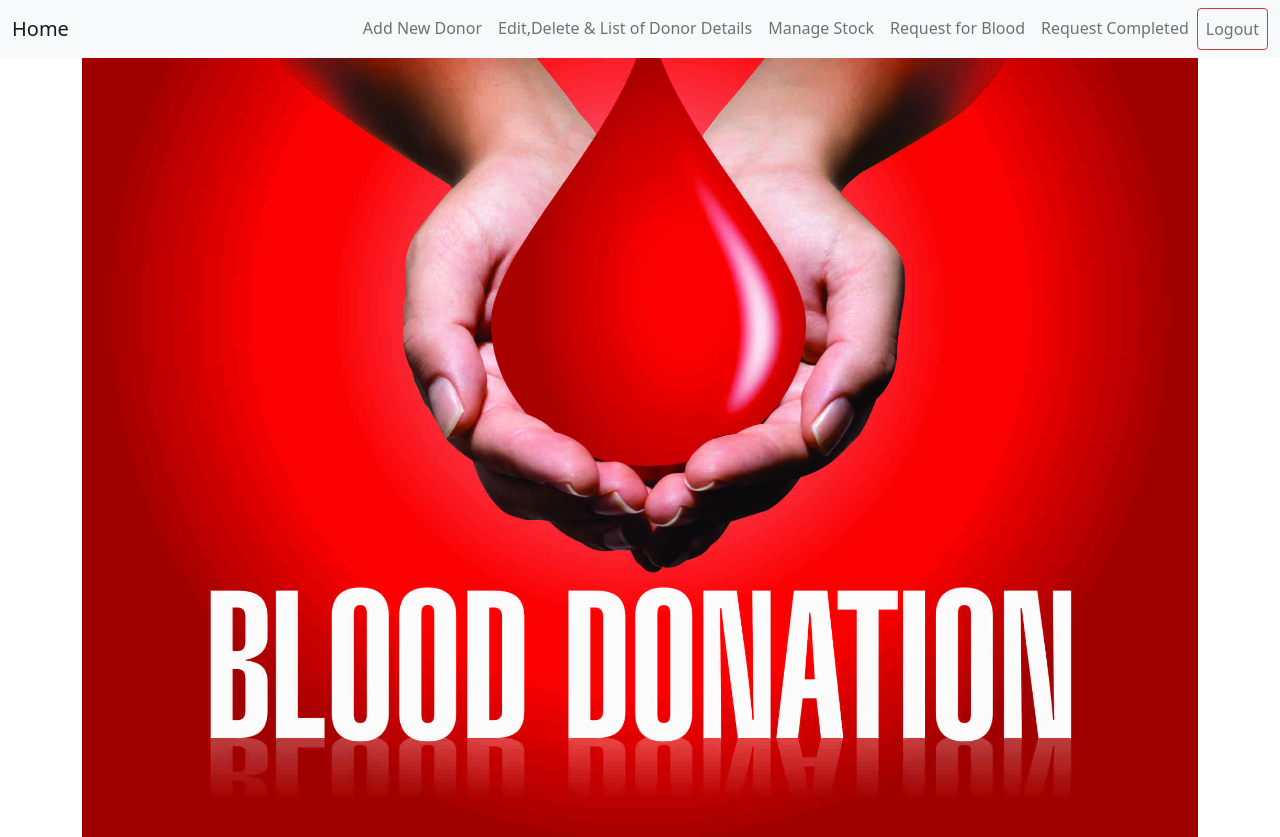
Repository: kshitizJ/Blood-Bank-Management-System-in-jsp
Page: http://localhost/Blood_Bank_Management_System/home.jsp
The author's editor kept a copy of each file at every save. The page is drawn from the files as they stood at one save, then again after the next save.
The browser window is 1280 px wide. The pictures show the whole page.
The page is served by Tomcat 9.

Above is the page before, as saved 2021-04-27 19:38:01.

After the next save:
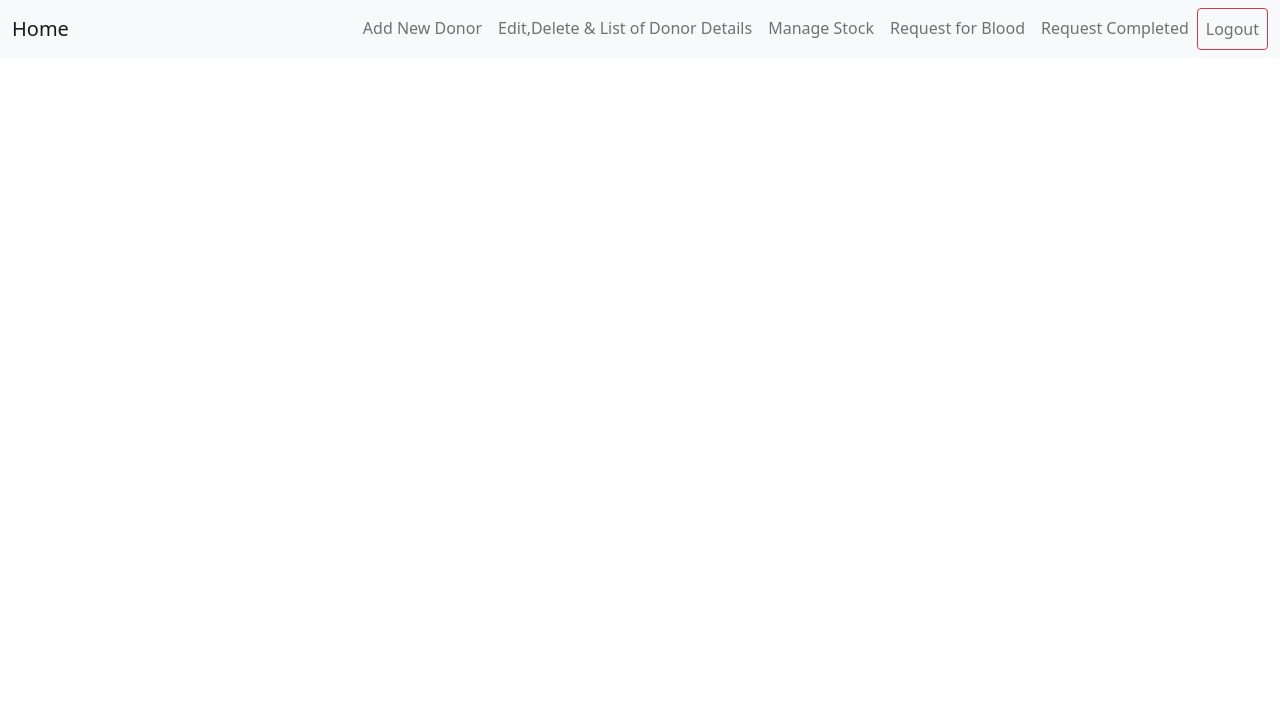
Console error: TypeError: Cannot read properties of undefined (reading 'style')
Saved 6 min 12 s later.
--- a/Blood Bank Management System/WebContent/home.jsp
+++ b/Blood Bank Management System/WebContent/home.jsp
@@ -6,21 +6,11 @@
    <meta charset="UTF-8">
    <meta http-equiv="X-UA-Compatible" content="IE=edge">
    <meta name="viewport" content="width=device-width, initial-scale=1.0">
-   <style>
-      img {
-         width: 100%;
-         height: 609px;
-      }
-   </style>
 </head>
 
 <body>
    <div class="container">
-      <div style="max-width:100%">
-         <img class="img-fluid mySlides" src="welcome.jpg">
-         <img class="img-fluid mySlides" src="admin.PNG">
-         <img class="img-fluid mySlides" src="slide1.jpg">
-      </div>
+
    </div>
 </body>
 <script>
